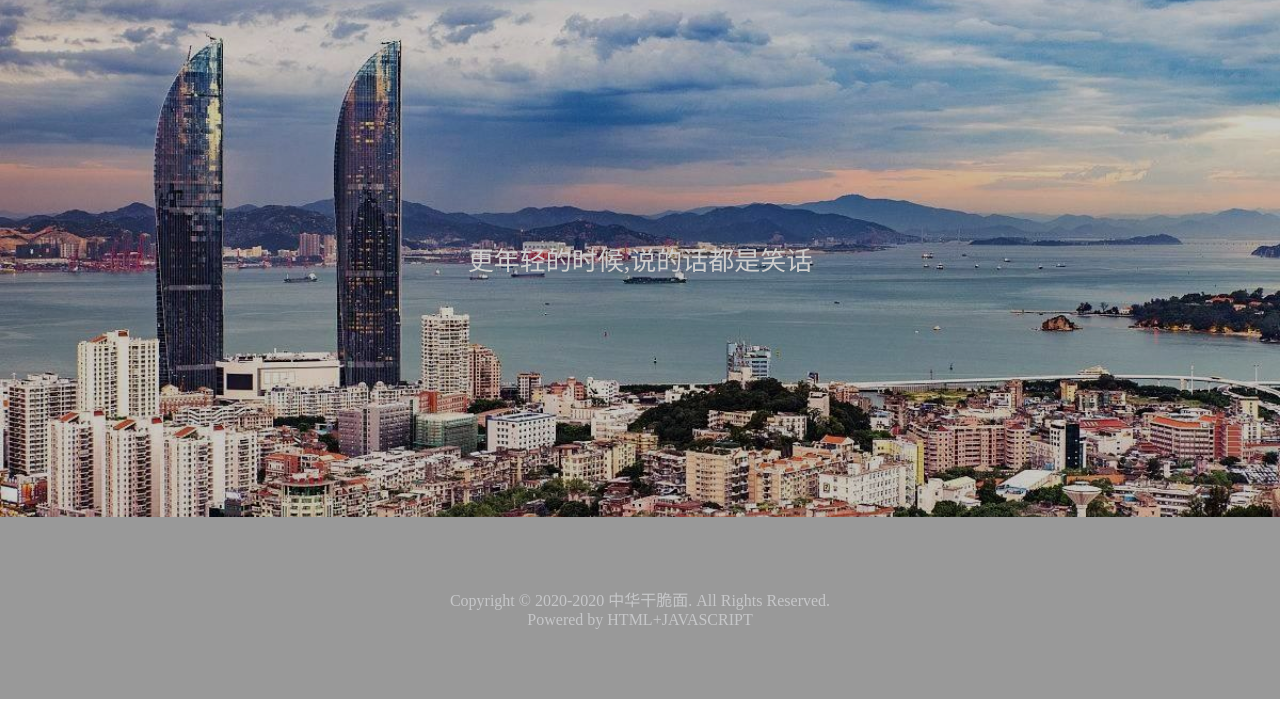
Repository: airsky0605/airsky0605.github.io
Page: index.html
These files come from the project's save history. The page is drawn as it stood at one moment and after the next save; the edit follows.
The browser window is 1280 px wide. The pictures show the whole page.

Above is the page before, as saved 2020-04-10 17:45:53.

After the next save:
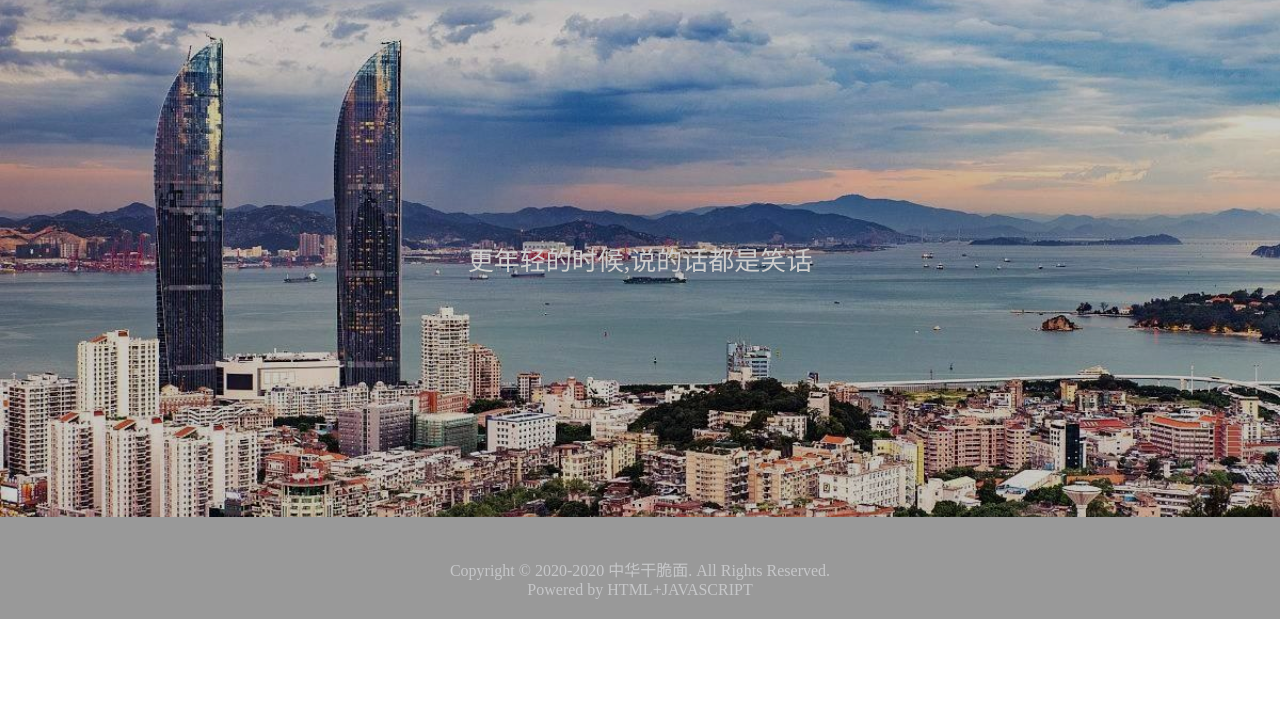
Saved 22 s later.
--- a/css/common.css
+++ b/css/common.css
@@ -37,5 +37,5 @@
   text-align: center;
 }
 .footer .inner{
-  padding: 70px 0;
+  padding: 40px 0 20px;
 }
